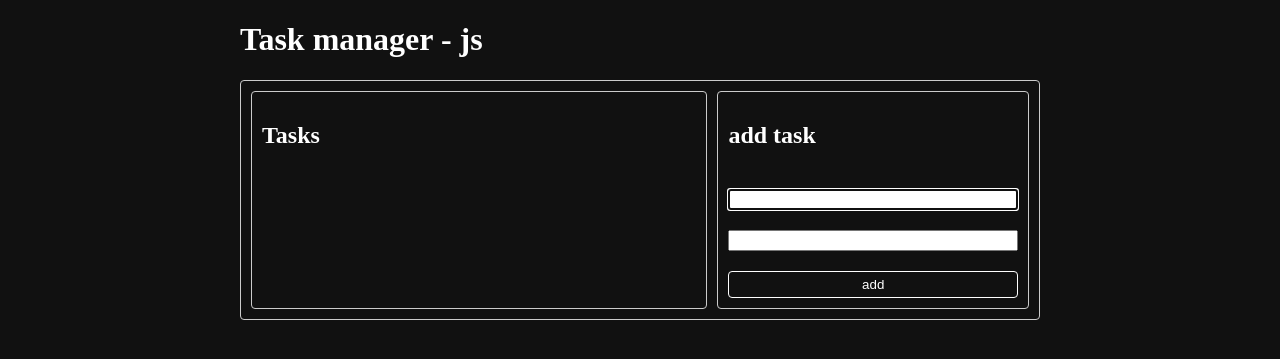
Repository: iKrekus/taskmgr-js
Page: index.html
The author's editor kept a copy of each file at every save. The page is drawn from the files as they stood at one save, then again after the next save.
The browser window is 1280 px wide. The pictures show the whole page.
The first visible `.task-mgr__field` has the focus.

Above is the page before, as saved 2024-03-15 16:49:53.

After the next save:
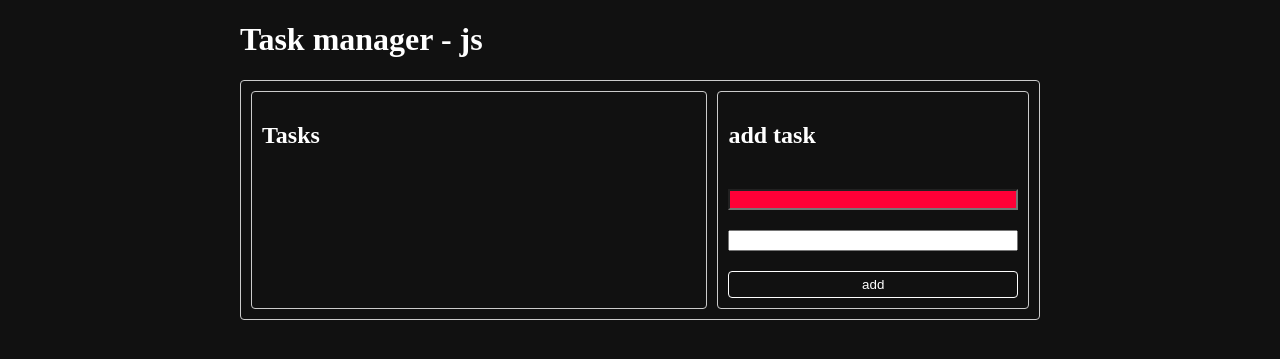
Saved 72 s later.
--- a/style.css
+++ b/style.css
@@ -52,6 +52,11 @@ body {
 .task-mgr__field {
   width: 100%;
   padding: 1px 5px;
+}
+
+.task-mgr__field:focus {
+  background-color: #ff0037;
+  outline: none;
 }
 
 .task-mgr-btn {
